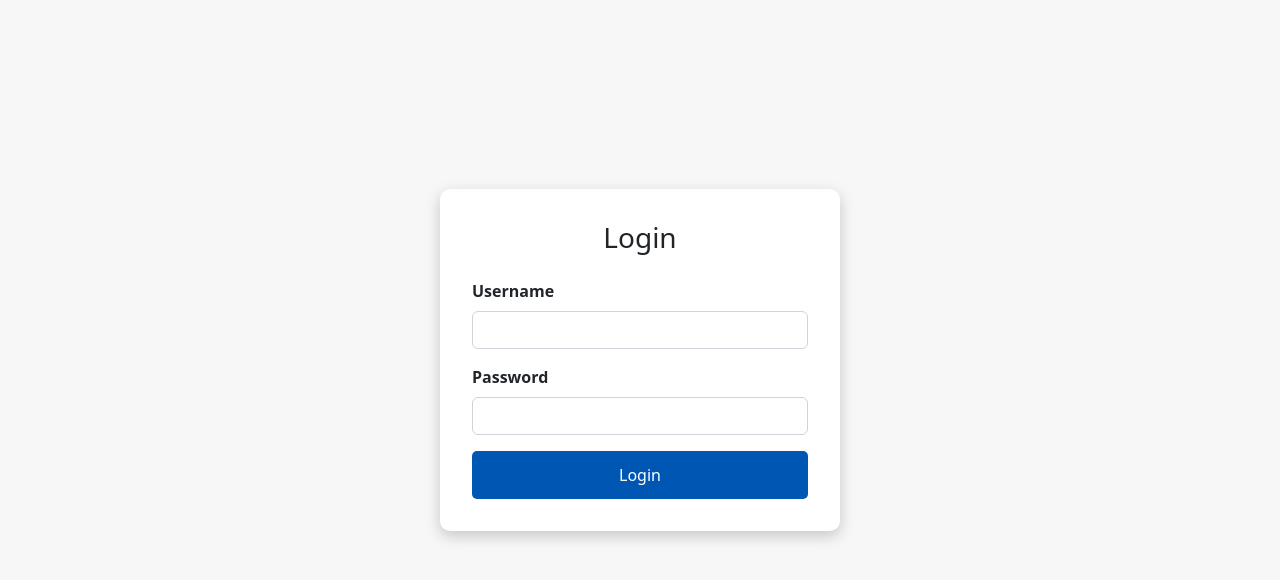
Repository: oahyar/INF2003_Database-Systems
Page: web/views/login.html
An editor plug-in stored every save of this project. The page is shown before and after a run of saves, followed by the edit.
The browser window is 1280 px wide. The pictures show the whole page.

Above is the page before, as saved 2023-11-23 19:26:38.

### web/views/login.html
<!DOCTYPE html>
<html lang="en">
<head>
    <meta charset="UTF-8">
    <meta name="viewport" content="width=device-width, initial-scale=1.0">
    <title>Login Page</title>
    <!-- Bootstrap CSS for styling -->
    <link href="https://cdn.jsdelivr.net/npm/bootstrap@5.2.3/dist/css/bootstrap.min.css" rel="stylesheet">
    <style>
        body {
            background-color: #f7f7f7; /* Light gray background */
            display: flex;
            align-items: center; /* Center vertically */
            justify-content: center; /* Center horizontally */
            height: 100vh; /* Full viewport height */
            margin: 0;
        }

        .login-container {
            background: white;
            padding: 2rem;
            border-radius: 10px;
            box-shadow: 0 5px 15px rgba(0, 0, 0, 0.2); /* Larger shadow for a 'pop' effect */
            width: 100%;
            max-width: 400px;
            margin: auto;
            transition: transform 0.3s ease, box-shadow 0.3s ease; /* Smooth transitions for interaction */
        }

        .login-container:hover {
            transform: translateY(-10px); /* Slight raise effect on hover */
            box-shadow: 0 10px 20px rgba(0, 0, 0, 0.3); /* Enhance shadow on hover */
        }

        .form-label {
            font-weight: bold; /* Make labels bold */
        }

        .btn-primary {
            background-color: #0056b3; /* Darker blue for the button */
            border: none;
            padding: 0.75rem 1.5rem;
            font-size: 1rem;
            border-radius: 5px;
            transition: background-color 0.3s ease; /* Transition for a smooth color change */
        }

        .btn-primary:hover {
            background-color: #003d82; /* Even darker blue on hover */
        }

        /* Adding some space around the form elements */
        .mb-3 {
            margin-bottom: 1rem;
        }
    </style>
</head>
<body>

<!-- Login Container -->
<div class="login-container">
    <h3 class="text-center mb-4">Login</h3>
    <form id="loginForm">
        <!-- Username Field -->
        <div class="mb-3">
            <label for="username" class="form-label">Username</label>
            <input type="text" class="form-control" id="username" required>
        </div>
        <!-- Password Field -->
        <div class="mb-3">
            <label for="password" class="form-label">Password</label>
            <input type="password" class="form-control" id="password" required>
        </div>
        <!-- Login Button -->
        <button type="submit" class="btn btn-primary w-100">Login</button>
    </form>
</div>

<!-- Bootstrap Bundle with Popper -->
<script src="https://cdn.jsdelivr.net/npm/bootstrap@5.2.3/dist/js/bootstrap.bundle.min.js"></script>


<!-- JavaScript for form submission and validation -->
<script>
    document.getElementById('loginForm').onsubmit = function(event) {
        event.preventDefault(); // Prevent the default form submission

        var username = document.getElementById('username').value;
        var password = document.getElementById('password').value;

        // Check if the username and password match 'admin'
        if(username === 'admin' && password === 'admin') {
            // If they match, redirect to index.html
            window.location.href = 'adminUserpage.html';
        } else if(username === 'user' && password === 'user') {
            // If username and password are 'user', redirect to regularUserPage.html
            window.location.href = 'regularUserPage.html';
        } else {
            // If they don't match, alert the user
            alert('Invalid username or password. Please try again.');
        }
    };
</script>


<script>
    // JavaScript code remains the same...
</script>

</body>
</html>

After the next 3 saves:
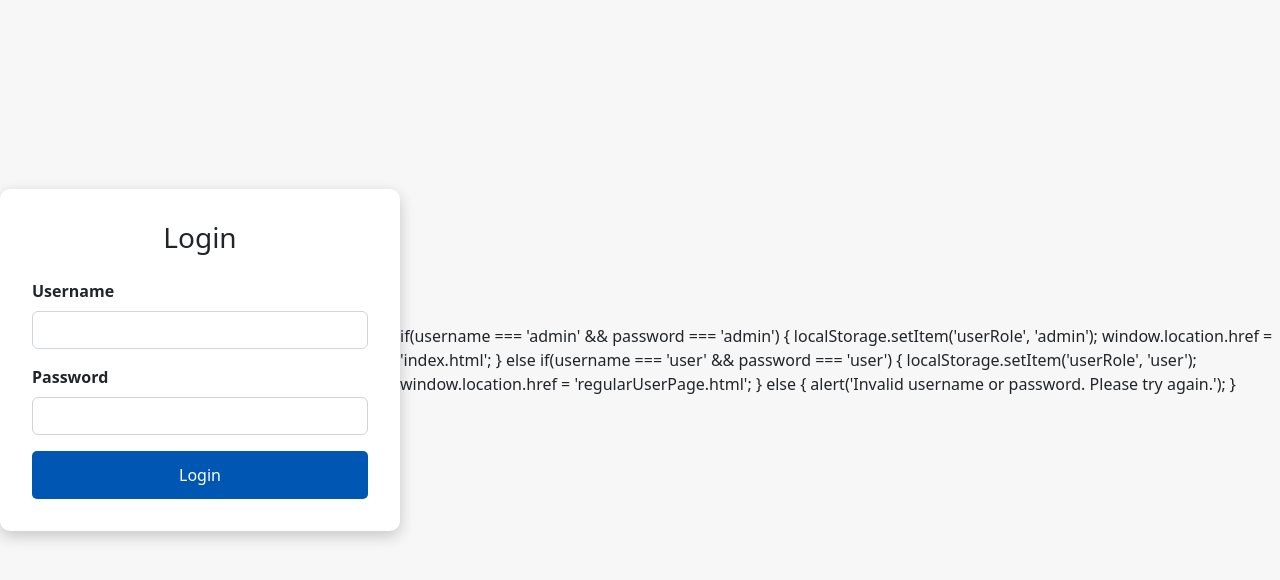
The 3 saves are shown as one change because they came seconds apart.
The last was saved 2 min 26 s later.
--- a/web/views/login.html
+++ b/web/views/login.html
@@ -91,7 +91,7 @@
         // Check if the username and password match 'admin'
         if(username === 'admin' && password === 'admin') {
             // If they match, redirect to index.html
-            window.location.href = 'adminUserpage.html';
+            window.location.href = 'adminUser.html';
         } else if(username === 'user' && password === 'user') {
             // If username and password are 'user', redirect to regularUserPage.html
             window.location.href = 'regularUserPage.html';
@@ -101,6 +101,15 @@
         }
     };
 </script>
+if(username === 'admin' && password === 'admin') {
+    localStorage.setItem('userRole', 'admin');
+    window.location.href = 'index.html';
+} else if(username === 'user' && password === 'user') {
+    localStorage.setItem('userRole', 'user');
+    window.location.href = 'regularUserPage.html';
+} else {
+    alert('Invalid username or password. Please try again.');
+}
 
 
 <script>
